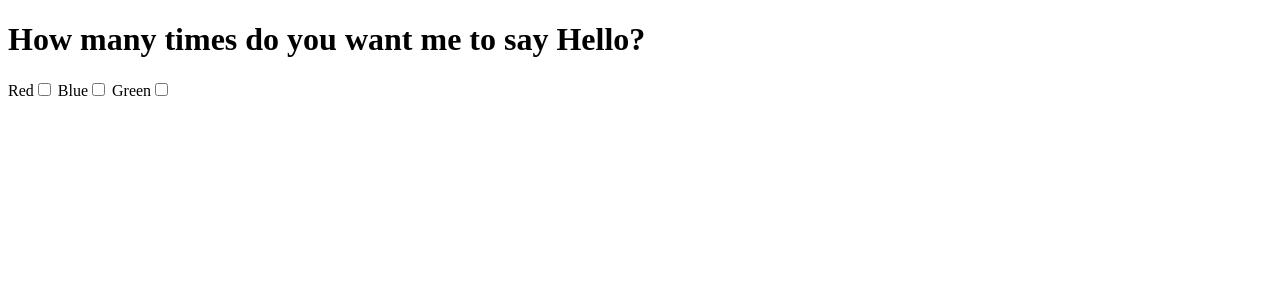
Repository: Rama-13/LaunchPadAllFiles
Page: java-workspace/FirstWebProject/WebContent/Hello.html
The author's editor kept a copy of each file at every save. The page is drawn from the files as they stood at one save, then again after the next save.
The browser window is 1280 px wide. The pictures show the whole page.

Above is the page before, as saved 2019-07-26 06:35:55.

### java-workspace/FirstWebProject/WebContent/Hello.html
<!DOCTYPE html>
<html>
<head>
<meta charset="ISO-8859-1">
<title>Hello</title>
<h1>How many times do you want me to say Hello?</h1>
<form>
Red<input type = "checkbox" value = "Red" name = "color">
Blue<input type = "checkbox" value = "Blue" name = "color">
Green<input type = "checkbox" value = "Green" name = "color">
</form>
</head>
<body>

</body>
</html>

After the next save:
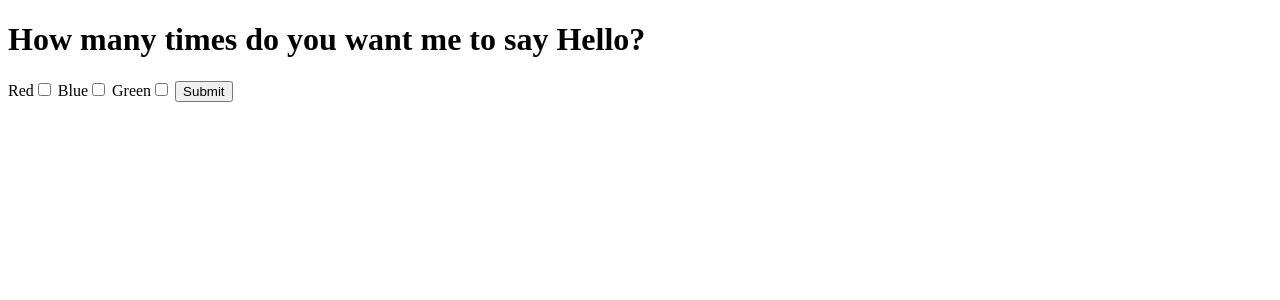
Saved 38 s later.
--- a/java-workspace/FirstWebProject/WebContent/Hello.html
+++ b/java-workspace/FirstWebProject/WebContent/Hello.html
@@ -8,6 +8,7 @@
 Red<input type = "checkbox" value = "Red" name = "color">
 Blue<input type = "checkbox" value = "Blue" name = "color">
 Green<input type = "checkbox" value = "Green" name = "color">
+<input type = "submit" id = "submit" name = "submit">
 </form>
 </head>
 <body>
